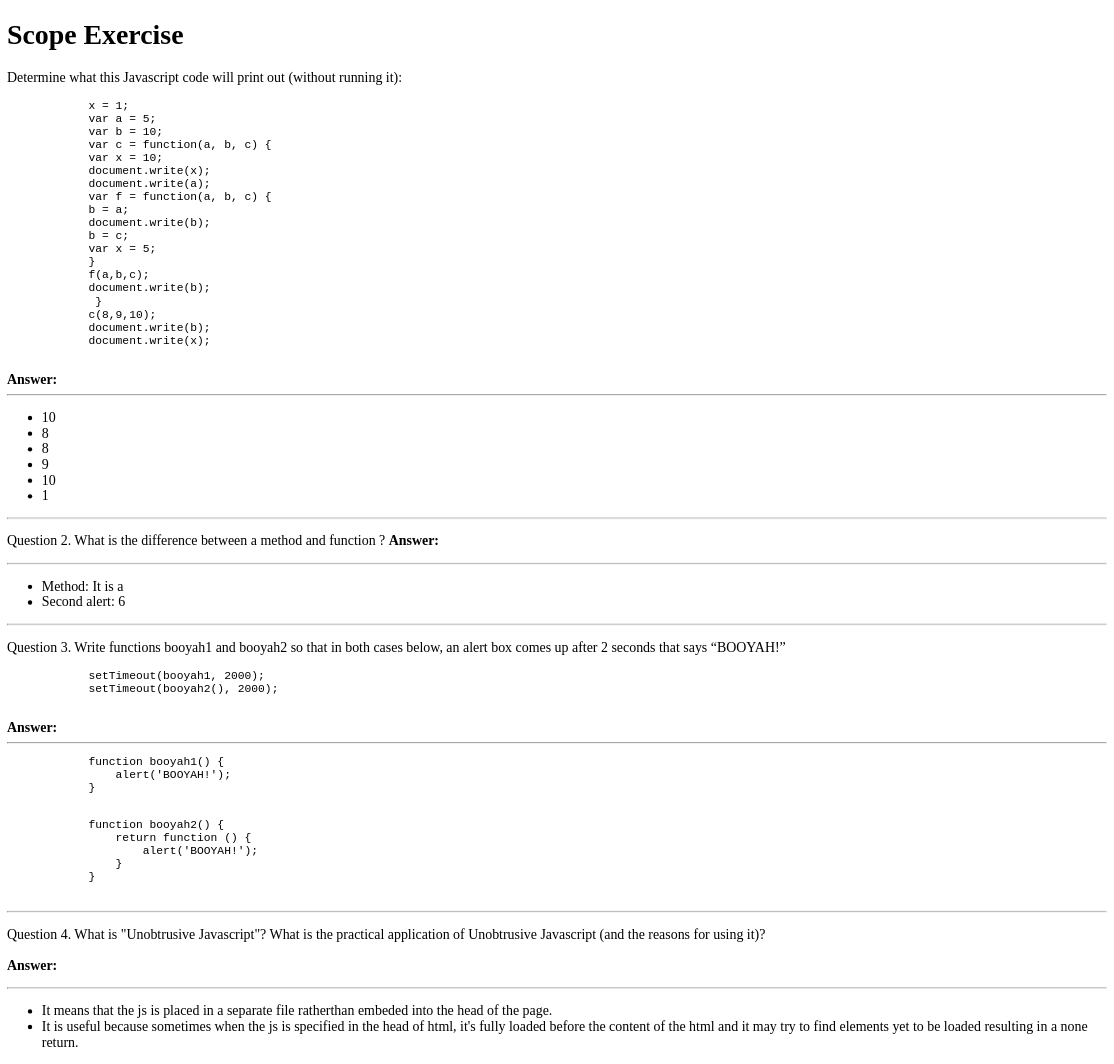
Repository: bethelbahiru/WAP
Page: Homework3/scope.html
The author's editor kept a copy of each file at every save. The page is drawn from the files as they stood at one save, then again after the next save.
The browser window is 1280 px wide. The pictures show the whole page, at 87% of full size.

Above is the page before, as saved 2022-01-18 15:50:55.

### Homework3/scope.html
<!DOCTYPE html>
<html lang="en">
<head>
    <meta charset="UTF-8">
    <meta http-equiv="X-UA-Compatible" content="IE=edge">
    <meta name="viewport" content="width=device-width, initial-scale=1.0">
    <title>Scope Exercise</title>
</head>
<body>
    <h1><strong>Scope Exercise</strong></h1>
    <p> Determine what this Javascript code will print out (without running it):
        <pre>
            x = 1;
            var a = 5;
            var b = 10;
            var c = function(a, b, c) {
            var x = 10;
            document.write(x);
            document.write(a);
            var f = function(a, b, c) {
            b = a;
            document.write(b);
            b = c;
            var x = 5;
            }
            f(a,b,c);
            document.write(b);
             }
            c(8,9,10);
            document.write(b);
            document.write(x);
        </pre>

        <strong>Answer:</strong>
        <hr>
        <ul>
            <li>10</li>
            <li>8</li>
            <li>8</li>
            <li>9</li>
            <li>10</li>
            <li>1</li>
        </ul>
    </p>
    <hr>
    <p>Question 2.  What is the difference between a method and function ?

        <strong>Answer:</strong>
        <hr>
        <ul>
            <li>Method: It is a </li>
            <li>Second alert: 6</li>
        </ul>
    </p>
    <hr>
    <p>Question 3. Write functions booyah1 and booyah2 so that in both cases below, an alert box comes up after 2 seconds that
        says “BOOYAH!”
        <pre>
            setTimeout(booyah1, 2000);
            setTimeout(booyah2(), 2000);
        </pre>
        <strong>Answer:</strong>
        <hr>
        <pre>
            function booyah1() {
                alert('BOOYAH!');
            }
        </pre>
        <pre>
            function booyah2() {
                return function () {
                    alert('BOOYAH!');
                }
            }
        </pre>
    </p>
    <hr>
    <p>Question 4. What is "Unobtrusive Javascript"? What is the practical application of Unobtrusive Javascript (and the reasons
        for using it)?
        <br/>
        <br/>
        <strong>Answer:</strong>
        <hr>
        <ul>
            <li>It means that the js is placed in a separate file ratherthan embeded into the head of the page.</li>
            <li>It is useful because sometimes when the js is specified in the head of html, it's fully loaded before the content of the html and it may try to find elements yet to be loaded resulting in a none return.</li>
        </ul>
    </p>

</body>
</html>

After the next save:
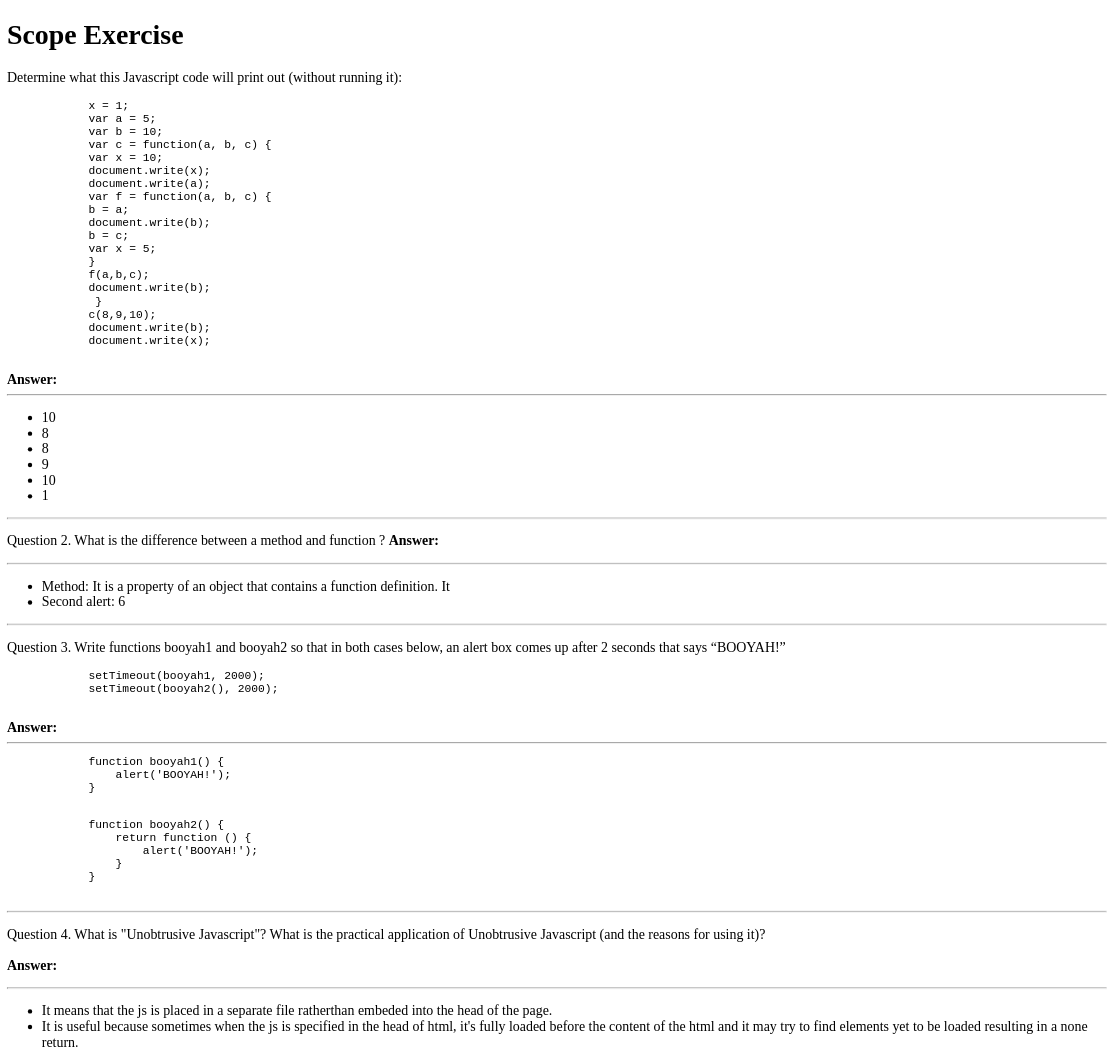
Saved 38 s later.
--- a/Homework3/scope.html
+++ b/Homework3/scope.html
@@ -48,7 +48,7 @@
         <strong>Answer:</strong>
         <hr>
         <ul>
-            <li>Method: It is a </li>
+            <li>Method: It is a property of an object that contains a function definition. It</li>
             <li>Second alert: 6</li>
         </ul>
     </p>
